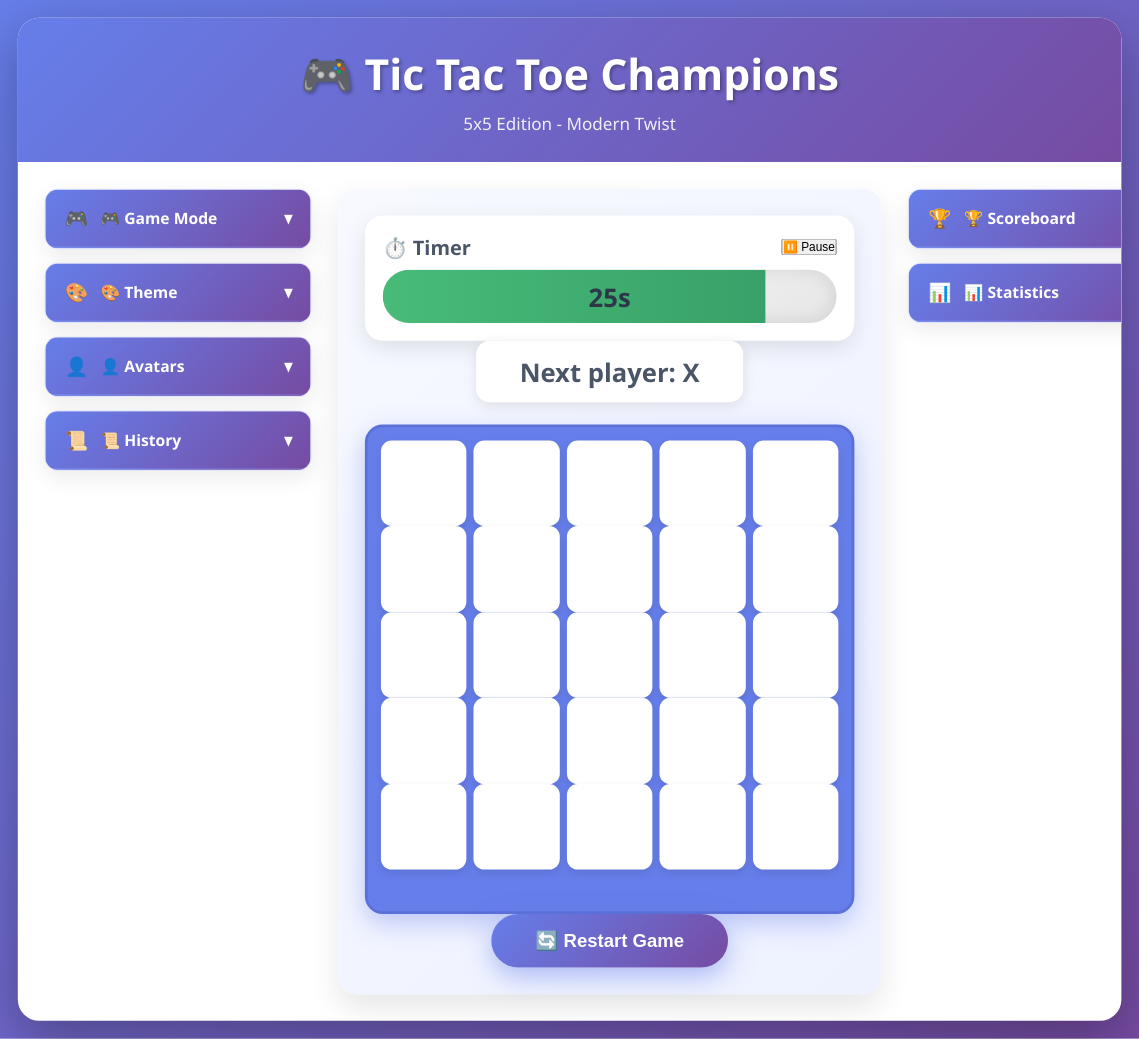
Repository: sofia123776/TIC-TAC-TOE
Page: /
An editor plug-in stored every save of this project. The page is shown before and after the next save, followed by the edit.
The browser window is 1280 px wide. The pictures show the whole page, at 89% of full size.
The project was rebuilt for these pictures with package versions that can differ from the ones it lists, and the page was loaded fresh each time. Also part of the build but not shown: vite.config.js.

Above is the page before, as saved 2025-12-09 18:10:04.

### index.html
<!doctype html>
<html lang="en">
  <head>
    <meta charset="UTF-8" />
    <link rel="icon" type="image/svg+xml" href="/vite.svg" />
    <meta name="viewport" content="width=device-width, initial-scale=1.0" />
    <title>tic-tac-toe</title>
  </head>
  <body>
    <div id="root"></div>
    <script type="module" src="/src/main.jsx"></script>
  </body>
</html>

### src/main.jsx
// src/main.jsx
import React from 'react'
import ReactDOM from 'react-dom/client'
import App from './App'
import './App.css'

ReactDOM.createRoot(document.getElementById('root')).render(
  <React.StrictMode>
    <App />
  </React.StrictMode>
)

### src/App.css
/* ===== RESET & BASE ===== */
* {
  margin: 0;
  padding: 0;
  box-sizing: border-box;
}

body {
  font-family: 'Segoe UI', Tahoma, Geneva, Verdana, sans-serif;
  background: linear-gradient(135deg, #667eea 0%, #764ba2 100%);
  min-height: 100vh;
  padding: 20px;
}

/* ===== MAIN CONTAINER ===== */
.game-container {
  max-width: 1400px;
  margin: 0 auto;
  background: white;
  border-radius: 24px;
  box-shadow: 0 20px 60px rgba(0, 0, 0, 0.3);
  overflow: hidden;
  min-height: 90vh;
}

/* ===== HEADER ===== */
.game-header {
  background: linear-gradient(135deg, #667eea 0%, #764ba2 100%);
  color: white;
  padding: 30px 40px;
  text-align: center;
  position: relative;
  overflow: hidden;
}

.game-header::before {
  content: '';
  position: absolute;
  top: -50%;
  left: -50%;
  width: 200%;
  height: 200%;
  background: radial-gradient(circle, rgba(255,255,255,0.1) 1px, transparent 1px);
  background-size: 30px 30px;
  opacity: 0.3;
}

.game-title {
  font-size: 3rem;
  font-weight: 800;
  margin-bottom: 10px;
  text-shadow: 2px 2px 4px rgba(0,0,0,0.3);
  position: relative;
  z-index: 1;
}

.header-subtitle {
  font-size: 1.2rem;
  opacity: 0.9;
  position: relative;
  z-index: 1;
}

/* ===== GAME CONTENT LAYOUT ===== */
.game-content {
  display: grid;
  grid-template-columns: 300px 1fr 300px;
  gap: 30px;
  padding: 30px;
  min-height: 700px;
}

/* ===== SIDEBARS ===== */
.sidebar {
  display: flex;
  flex-direction: column;
  gap: 15px;
}

/* ===== SIDEBAR PANELS ===== */
.sidebar-panel {
  background: #f8f9ff;
  border-radius: 15px;
  overflow: hidden;
  box-shadow: 0 8px 25px rgba(0, 0, 0, 0.08);
  border: 1px solid rgba(102, 126, 234, 0.1);
  transition: all 0.3s ease;
}

.sidebar-panel.closed {
  background: #f0f2ff;
}

.panel-header {
  padding: 18px 20px;
  display: flex;
  align-items: center;
  cursor: pointer;
  background: linear-gradient(135deg, #667eea 0%, #764ba2 100%);
  color: white;
  border-bottom: 2px solid rgba(255, 255, 255, 0.1);
  transition: all 0.3s;
}

.panel-header:hover {
  background: linear-gradient(135deg, #5a6fd8 0%, #6a4290 100%);
  padding-left: 25px;
}

.panel-icon {
  font-size: 1.3rem;
  margin-right: 12px;
  width: 30px;
  text-align: center;
}

.panel-title {
  flex: 1;
  font-weight: 700;
  font-size: 1.1rem;
}

.panel-toggle {
  font-size: 0.9rem;
  transition: transform 0.3s;
}

.sidebar-panel.open .panel-toggle {
  transform: rotate(180deg);
}

.panel-content {
  padding: 20px;
  max-height: 400px;
  overflow-y: auto;
  animation: slideDown 0.3s ease;
}

@keyframes slideDown {
  from {
    opacity: 0;
    transform: translateY(-10px);
  }
  to {
    opacity: 1;
    transform: translateY(0);
  }
}

/* ===== GAME MODE SECTION ===== */
.game-mode-selector {
  display: flex;
  flex-direction: column;
  gap: 12px;
  margin-bottom: 20px;
}

.mode-option {
  display: flex;
  align-items: center;
  gap: 15px;
  padding: 15px;
  background: white;
  border: 2px solid #e2e8f0;
  border-radius: 12px;
  cursor: pointer;
  transition: all 0.3s;
}

.mode-option:hover {
  border-color: #667eea;
  transform: translateX(5px);
}

.mode-option.active {
  background: linear-gradient(135deg, #667eea15 0%, #764ba215 100%);
  border-color: #667eea;
  box-shadow: 0 4px 15px rgba(102, 126, 234, 0.2);
}

.mode-icon {
  font-size: 1.5rem;
  width: 40px;
  height: 40px;
  display: flex;
  align-items: center;
  justify-content: center;
  background: linear-gradient(135deg, #667eea 0%, #764ba2 100%);
  color: white;
  border-radius: 10px;
}

/* ===== AI SETTINGS ===== */
.ai-settings {
  border-top: 2px solid #e2e8f0;
  padding-top: 20px;
  margin-top: 20px;
}

.setting-group {
  margin-bottom: 25px;
}

.setting-title {
  font-size: 1rem;
  color: #4a5568;
  margin-bottom: 12px;
  font-weight: 600;
}

.difficulty-options {
  display: flex;
  flex-direction: column;
  gap: 8px;
}

.difficulty-option {
  display: flex;
  align-items: center;
  gap: 10px;
  padding: 12px 15px;
  background: white;
  border: 2px solid #e2e8f0;
  border-radius: 10px;
  cursor: pointer;
  transition: all 0.3s;
}

.difficulty-option:hover {
  border-color: #667eea;
}

.difficulty-option.active {
  background: linear-gradient(135deg, #667eea10 0%, #764ba210 100%);
  border-color: #667eea;
}

.difficulty-dot {
  width: 12px;
  height: 12px;
  border-radius: 50%;
  margin-right: 5px;
}

.difficulty-dot.easy {
  background: #48bb78;
}

.difficulty-dot.medium {
  background: #ed8936;
}

.difficulty-dot.hard {
  background: #f56565;
}

.player-options {
  display: flex;
  gap: 10px;
}

.player-option {
  flex: 1;
  display: flex;
  flex-direction: column;
  align-items: center;
  padding: 15px;
  background: white;
  border: 2px solid #e2e8f0;
  border-radius: 12px;
  cursor: pointer;
  transition: all 0.3s;
  position: relative;
}

.player-option:hover {
  border-color: #667eea;
}

.player-option.active {
  background: linear-gradient(135deg, #667eea10 0%, #764ba210 100%);
  border-color: #667eea;
}

.option-avatar {
  width: 50px;
  height: 50px;
  border-radius: 50%;
  object-fit: cover;
  margin-bottom: 8px;
  border: 2px solid #e2e8f0;
}

.player-option.active .option-avatar {
  border-color: #667eea;
}

.player-badge {
  position: absolute;
  top: 8px;
  right: 8px;
  background: #48bb78;
  color: white;
  font-size: 0.7rem;
  padding: 2px 8px;
  border-radius: 10px;
}

.ai-info {
  margin-top: 20px;
  padding: 15px;
  background: #f0f7ff;
  border-radius: 10px;
  border-left: 4px solid #4299e1;
}

.ai-description {
  font-size: 0.9rem;
  color: #4a5568;
  text-align: center;
}

/* ===== THEME SELECTOR ===== */
.theme-options {
  display: flex;
  flex-direction: column;
  gap: 12px;
}

.theme-option {
  display: flex;
  align-items: center;
  gap: 15px;
  padding: 15px;
  background: white;
  border: 2px solid #e2e8f0;
  border-radius: 12px;
  cursor: pointer;
  transition: all 0.3s;
}

.theme-option:hover {
  transform: translateX(5px);
}

.theme-option.active {
  border-color: #667eea;
  box-shadow: 0 4px 15px rgba(102, 126, 234, 0.2);
}

.theme-preview {
  width: 40px;
  height: 40px;
  border-radius: 8px;
  border: 2px solid #e2e8f0;
}

.theme-preview.cyberpunk {
  background: linear-gradient(135deg, #0f0c29, #302b63);
}

.theme-preview.neon {
  background: linear-gradient(135deg, #000000, #1a1a2e);
}

.theme-preview.sunset {
  background: linear-gradient(135deg, #ff6b6b, #556270);
}

/* ===== MAIN GAME AREA ===== */
.main-game-area {
  display: flex;
  flex-direction: column;
  align-items: center;
  justify-content: center;
  gap: 25px;
}

.game-board-wrapper {
  background: linear-gradient(135deg, #f7f9ff 0%, #eef2ff 100%);
  padding: 30px;
  border-radius: 20px;
  box-shadow: 0 15px 35px rgba(0, 0, 0, 0.1);
  width: 100%;
  max-width: 700px;
}

/* ===== TIMER IN MAIN AREA ===== */
.timer-display-main {
  background: white;
  border-radius: 20px;
  padding: 20px;
  box-shadow: 0 8px 25px rgba(0, 0, 0, 0.1);
  width: 100%;
  max-width: 700px;

}

.timer-header {
  display: flex;
  justify-content: space-between;
  align-items: center;
  margin-bottom: 10px;
}

.timer-header h3 {
  font-size: 1.4rem;
  color: #4a5568;
  display: flex;
  align-items: center;
  gap: 10px;
}

.timer-circle-main {
  position: relative;
  width: 100%;
  height: 60px;
  border-radius: 30px;
  background: linear-gradient(145deg, #ffffff, #e6e6e6);
  box-shadow: inset 0 0 20px rgba(0, 0, 0, 0.1);
  overflow: hidden;
}

.timer-circle-main.warning {
  background: linear-gradient(145deg, #fff5f5, #fed7d7);
}

.timer-value {
  position: absolute;
  top: 50%;
  left: 50%;
  transform: translate(-50%, -50%);
  font-size: 1.8rem;
  font-weight: 800;
  color: #2d3748;
  z-index: 2;
}

.timer-progress {
  position: absolute;
  top: 0;
  left: 0;
  height: 100%;
  background: linear-gradient(to right, #48bb78, #38a169);
  transition: width 1s linear;
}

.timer-circle-main.warning .timer-progress {
  background: linear-gradient(to right, #f56565, #e53e3e);
}

/* ===== 5x5 GAME BOARD - FIXED ===== */
.board-container {
  display: flex;
  flex-direction: column;
  align-items: center;
  gap: 25px;
}

.status {
  font-size: 1.8rem;
  font-weight: 700;
  color: #4a5568;
  text-align: center;
  padding: 15px 30px;
  background: white;
  border-radius: 15px;
  box-shadow: 0 4px 15px rgba(0, 0, 0, 0.1);
  min-width: 300px;
}

.status.winner {
  background: linear-gradient(135deg, #48bb78, #38a169);
  color: white;
  animation: pulse 2s infinite;
}

@keyframes pulse {
  0%, 100% { transform: scale(1); }
  50% { transform: scale(1.05); }
}

.board-grid {
  display: grid;
  grid-template-columns: repeat(5, 1fr);
  grid-template-rows: repeat(5, 1fr);
  gap: 8px;
  background: #667eea;
  padding: 15px;
  border-radius: 20px;
  box-shadow: 0 10px 30px rgba(102, 126, 234, 0.4);
  width: 550px;
  height: 550px;
  border: 3px solid #5a6fd8;
}

.square {
  background: white;
  border: none;
  border-radius: 12px;
  display: flex;
  align-items: center;
  justify-content: center;
  cursor: pointer;
  transition: all 0.3s;
  box-shadow: 0 4px 10px rgba(0, 0, 0, 0.1);
  width: 100%;
  height: 100%;
  min-width: 0;
  min-height: 0;

}

.square:hover {
  background: #f7fafc;
  transform: scale(1.05);
  box-shadow: 0 6px 20px rgba(0, 0, 0, 0.15);
}

.square.highlight {
  background: linear-gradient(135deg, #f6e05e, #d69e2e);
  animation: highlight-pulse 1.5s infinite;
}

@keyframes highlight-pulse {
  0%, 100% { box-shadow: 0 0 20px rgba(246, 224, 94, 0.6); }
  50% { box-shadow: 0 0 30px rgba(246, 224, 94, 0.9); }
}

.avatar-img {
  width: 60px;
  height: 60px;
  border-radius: 50%;
  object-fit: cover;
  border: 3px solid #e2e8f0;
}

/* ===== AI INDICATOR ===== */
.ai-indicator {
  background: white;
  border-radius: 15px;
  padding: 15px;
  margin-bottom: 20px;
  box-shadow: 0 4px 15px rgba(0, 0, 0, 0.1);
}

.ai-labels {
  display: flex;
  justify-content: space-between;
  align-items: center;
}

.ai-label {
  flex: 1;
  text-align: center;
  padding: 10px;
  border-radius: 10px;
  font-weight: 600;
  font-size: 1.1rem;
}

.ai-label.ai {
  background: linear-gradient(135deg, #f5656510 0%, #e53e3e10 100%);
  color: #e53e3e;
}

.ai-label.human {
  background: linear-gradient(135deg, #48bb7810 0%, #38a16910 100%);
  color: #38a169;
}

.ai-label-vs {
  padding: 0 20px;
  font-weight: 700;
  color: #4a5568;
}

/* ===== ACTION BUTTONS ===== */
.action-buttons {
  display: flex;
  justify-content: center;
  width: 100%;
  max-width: 700px;
}

.restart-btn-main {
  padding: 18px 50px;
  font-size: 1.3rem;
  font-weight: 700;
  background: linear-gradient(135deg, #667eea 0%, #764ba2 100%);
  color: white;
  border: none;
  border-radius: 50px;
  cursor: pointer;
  transition: all 0.3s;
  box-shadow: 0 10px 30px rgba(102, 126, 234, 0.5);
}

.restart-btn-main:hover {
  transform: scale(1.05);
  box-shadow: 0 15px 40px rgba(102, 126, 234, 0.7);
}

/* ===== AVATAR SELECTION - FIXED ===== */
.avatar-selection-grid {
  display: flex;
  flex-direction: column;
  gap: 25px;
}

.avatar-selector-compact {
  display: flex;
  flex-direction: column;
  align-items: center;
  gap: 15px;
  padding: 15px;
  background: white;
  border-radius: 15px;
  border: 2px solid #e2e8f0;
}

.player-label {
  font-weight: 700;
  color: #4a5568;
  font-size: 1.1rem;
  text-transform: uppercase;
  letter-spacing: 1px;
  text-align: center;
  width: 100%;
  padding-bottom: 10px;
  border-bottom: 2px solid #e2e8f0;
}

.current-avatar {
  width: 80px;
  height: 80px;
  border-radius: 50%;
  overflow: hidden;
  border: 4px solid #667eea;
  box-shadow: 0 4px 15px rgba(102, 126, 234, 0.3);
}

.current-avatar img {
  width: 100%;
  height: 100%;
  object-fit: cover;
  display: block;
}

.avatar-options-compact {
  display: flex;
  flex-wrap: wrap;
  gap: 10px;
  justify-content: center;
}

.avatar-option-compact {
  width: 50px;
  height: 50px;
  border-radius: 50%;
  overflow: hidden;
  cursor: pointer;
  border: 3px solid #cbd5e0;
  transition: all 0.3s;
  flex-shrink: 0;
}

.avatar-option-compact:hover {
  transform: scale(1.1);
  border-color: #667eea;
}

.avatar-option-compact.selected {
  border-color: #48bb78;
  transform: scale(1.15);
  box-shadow: 0 4px 15px rgba(72, 187, 120, 0.4);
}

.avatar-option-compact img {
  width: 100%;
  height: 100%;
  object-fit: cover;
  display: block;
}

/* ===== SCOREBOARD ===== */
.scoreboard-cards {
  display: flex;
  flex-direction: column;
  gap: 15px;
}

.score-card {
  display: flex;
  align-items: center;
  gap: 20px;
  padding: 20px;
  background: white;
  border-radius: 15px;
  box-shadow: 0 4px 15px rgba(0, 0, 0, 0.08);
  transition: transform 0.3s;
}

.score-card:hover {
  transform: translateY(-3px);
}

.player-x-score {
  border-left: 5px solid #f56565;
}

.player-o-score {
  border-left: 5px solid #4299e1;
}

.draws-score {
  border-left: 5px solid #ed8936;
}

.score-avatar {
  width: 60px;
  height: 60px;
  border-radius: 50%;
  overflow: hidden;
  flex-shrink: 0;
  position: relative;
}

.score-avatar img {
  width: 100%;
  height: 100%;
  object-fit: cover;
  display: block;
}

.ai-badge {
  position: absolute;
  bottom: -5px;
  right: -5px;
  background: #f56565;
  color: white;
  width: 25px;
  height: 25px;
  border-radius: 50%;
  display: flex;
  align-items: center;
  justify-content: center;
  font-size: 0.8rem;
  border: 2px solid white;
}

.score-info {
  flex: 1;
}

.score-info h4 {
  font-size: 1.1rem;
  color: #4a5568;
  margin-bottom: 5px;
}

.score-value {
  font-size: 2.5rem;
  font-weight: 800;
  color: #2d3748;
  line-height: 1;
}

.score-label {
  font-size: 0.9rem;
  color: #a0aec0;
  margin-top: 2px;
}

/* ===== PLAYER STATISTICS ===== */
.player-tabs {
  display: flex;
  gap: 10px;
  margin-bottom: 20px;
}

.player-tab {
  flex: 1;
  display: flex;
  flex-direction: column;
  align-items: center;
  gap: 8px;
  padding: 15px;
  background: white;
  border-radius: 15px;
  cursor: pointer;
  transition: all 0.3s;
  border: 2px solid #e2e8f0;
}

.player-tab:hover {
  border-color: #667eea;
}

.player-tab.active {
  background: linear-gradient(135deg, #667eea 0%, #764ba2 100%);
  color: white;
  border-color: #667eea;
  transform: translateY(-2px);
  box-shadow: 0 6px 20px rgba(102, 126, 234, 0.4);
}

.tab-avatar {
  width: 40px;
  height: 40px;
  border-radius: 50%;
  object-fit: cover;
}

.player-tab.active .tab-avatar {
  border: 2px solid white;
}

.stats-grid {
  display: grid;
  grid-template-columns: repeat(2, 1fr);
  gap: 15px;
  margin-bottom: 20px;
}

.stat-box {
  background: white;
  border-radius: 15px;
  padding: 15px;
  display: flex;
  align-items: center;
  gap: 15px;
  box-shadow: 0 4px 12px rgba(0, 0, 0, 0.05);
}

.stat-icon {
  font-size: 2rem;
  width: 50px;
  height: 50px;
  display: flex;
  align-items: center;
  justify-content: center;
  background: linear-gradient(135deg, #667eea 0%, #764ba2 100%);
  color: white;
  border-radius: 12px;
}

.stat-content {
  flex: 1;
}

.stat-value {
  font-size: 1.5rem;
  font-weight: 800;
  color: #2d3748;
  line-height: 1;
}

.stat-label {
  font-size: 0.8rem;
  color: #a0aec0;
  margin-top: 10px;
}

.detailed-stats {
  background: white;
  border-radius: 15px;
  padding: 20px;
  box-shadow: 0 4px 12px rgba(0, 0, 0, 0.05);
}

.detailed-stat {
  display: flex;
  justify-content: space-between;
  align-items: center;
  padding: 10px 0;
  border-bottom: 1px solid #e2e8f0;
}

.detailed-stat:last-child {
  border-bottom: none;
}

.stat-number {
  font-weight: 700;
  font-size: 1.2rem;
}

.stat-number.win {
  color: #48bb78;
}

.stat-number.loss {
  color: #f56565;
}

.player-stats {
  display: none;
}

.player-stats.active {
  display: block;
  animation: fadeIn 0.5s ease;
}

@keyframes fadeIn {
  from { opacity: 0; transform: translateY(10px); }
  to { opacity: 1; transform: translateY(0); }
}

/* ===== AI THINKING INDICATOR ===== */
.ai-thinking-indicator {
  position: fixed;
  top: 0;
  left: 0;
  right: 0;
  bottom: 0;
  background: rgba(0, 0, 0, 0.8);
  display: flex;
  align-items: center;
  justify-content: center;
  z-index: 1000;
  backdrop-filter: blur(10px);
}

.ai-thinking-content {
  background: white;
  padding: 40px;
  border-radius: 20px;
  text-align: center;
  box-shadow: 0 20px 60px rgba(0, 0, 0, 0.4);
  animation: popIn 0.6s cubic-bezier(0.68, -0.55, 0.265, 1.55);
}

.thinking-dots {
  font-size: 3rem;
  margin-bottom: 15px;
}

.thinking-dots .dot {
  animation: blink 1.5s infinite;
  opacity: 0;
}

.thinking-dots .dot:nth-child(2) { animation-delay: 0.2s; }
.thinking-dots .dot:nth-child(3) { animation-delay: 0.4s; }

@keyframes blink {
  0%, 100% { opacity: 0.2; }
  50% { opacity: 1; }
}

.ai-thinking-content p {
  font-size: 1.2rem;
  color: #4a5568;
  font-weight: 600;
}

/* ===== GAME OVER POPUP ===== */
.game-over-overlay {
  position: fixed;
  top: 0;
  left: 0;
  right: 0;
  bottom: 0;
  background: rgba(0, 0, 0, 0.8);
  display: flex;
  justify-content: center;
  align-items: center;
  z-index: 1000;
  backdrop-filter: blur(10px);
}

.game-over-box {
  background: white;
  padding: 50px;
  border-radius: 30px;
  text-align: center;
  max-width: 500px;
  width: 90%;
  box-shadow: 0 30px 60px rgba(0, 0, 0, 0.4);
  animation: popIn 0.6s cubic-bezier(0.68, -0.55, 0.265, 1.55);
}

@keyframes popIn {
  0% {
    opacity: 0;
    transform: scale(0.5) rotate(-10deg);
  }
  100% {
    opacity: 1;
    transform: scale(1) rotate(0deg);
  }
}

.celebration {
  font-size: 4rem;
  margin-bottom: 20px;
  animation: bounce 2s infinite;
}

@keyframes bounce {
  0%, 100% { transform: translateY(0); }
  50% { transform: translateY(-20px); }
}

.game-over-box h2 {
  font-size: 2.5rem;
  color: #2d3748;
  margin-bottom: 15px;
}

.ai-result-message {
  background: linear-gradient(135deg, #667eea10 0%, #764ba210 100%);
  padding: 15px;
  border-radius: 15px;
  margin: 20px 0;
  font-size: 1.2rem;
  color: #4a5568;
}

.ai-difficulty-tag {
  display: inline-block;
  background: #667eea;
  color: white;
  padding: 5px 15px;
  border-radius: 20px;
  font-size: 0.9rem;
  margin-top: 8px;
}

.popup-message {
  font-size: 1.2rem;
  color: #718096;
  margin-bottom: 30px;
}

.restart-btn {
  padding: 18px 50px;
  font-size: 1.3rem;
  font-weight: 700;
  background: linear-gradient(135deg, #667eea 0%, #764ba2 100%);
  color: white;
  border: none;
  border-radius: 50px;
  cursor: pointer;
  transition: all 0.3s;
  box-shadow: 0 10px 30px rgba(102, 126, 234, 0.5);
}

.restart-btn:hover {
  transform: scale(1.05);
  box-shadow: 0 15px 40px rgba(102, 126, 234, 0.7);
}

/* ===== RESPONSIVE DESIGN ===== */
@media (max-width: 1200px) {
  .game-content {
    grid-template-columns: 280px 1fr 280px;
  }

  .board-grid {
    width: 500px;
    height: 500px;
  }
}

@media (max-width: 1100px) {
  .game-content {
    grid-template-columns: 250px 1fr 250px;
  }

  .board-grid {
    width: 450px;
    height: 450px;
  }

  .avatar-img {
    width: 50px;
    height: 50px;
  }
}

@media (max-width: 900px) {
  .game-content {
    grid-template-columns: 1fr;
    grid-template-rows: auto auto;
    gap: 20px;
  }

  .sidebar {
    flex-direction: row;
    flex-wrap: wrap;
  }

  .sidebar-panel {
    flex: 1;
    min-width: 300px;
  }

  .main-game-area {
    order: 1;
  }

  .left-sidebar {
    order: 2;
  }

  .right-sidebar {
    order: 3;
  }

  .board-grid {
    width: 400px;
    height: 400px;
  }
}

@media (max-width: 600px) {
  .game-content {
    padding: 15px;
  }

  .sidebar-panel {
    min-width: 100%;
  }

  .board-grid {
    width: 350px;
    height: 350px;
    gap: 30px;
    padding: 10px;
  }

  .avatar-img {
    width: 40px;
    height: 40px;
  }

  .stats-grid {
    grid-template-columns: 1fr;
  }

  .game-title {
    font-size: 2rem;
  }

  .header-subtitle {
    font-size: 1rem;
  }

  .timer-value {
    font-size: 1.5rem;
  }

  .restart-btn-main {
    padding: 15px 30px;
    font-size: 1.1rem;
  }
}

Loaded but not shown: src/App.jsx (1070 lines, source omitted)

After the next save:
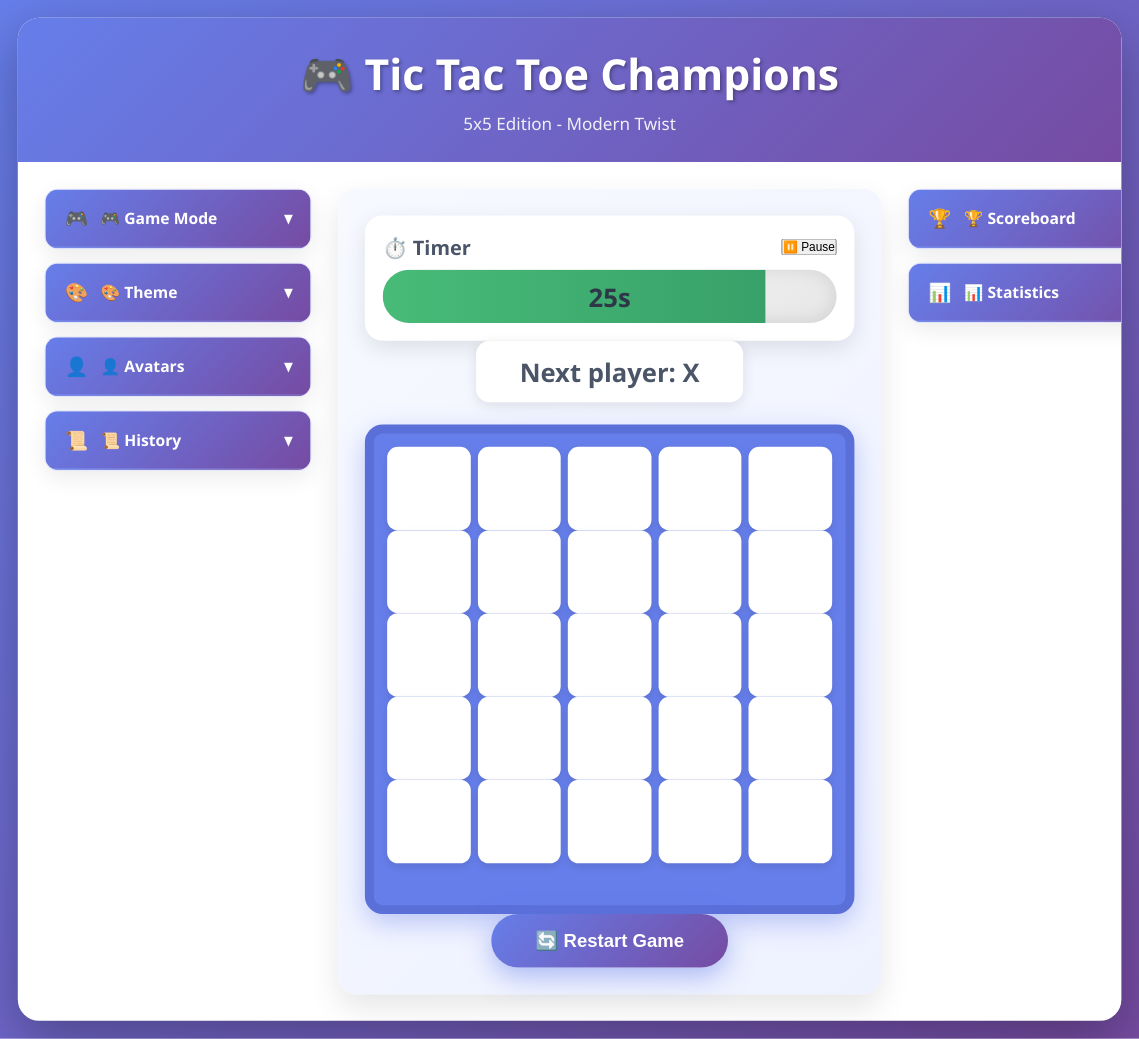
Saved 21 s later.
--- a/src/App.css
+++ b/src/App.css
@@ -491,7 +491,7 @@ body {
   box-shadow: 0 10px 30px rgba(102, 126, 234, 0.4);
   width: 550px;
   height: 550px;
-  border: 3px solid #5a6fd8;
+  border: 10px solid #5a6fd8;
 }
 
 .square {
